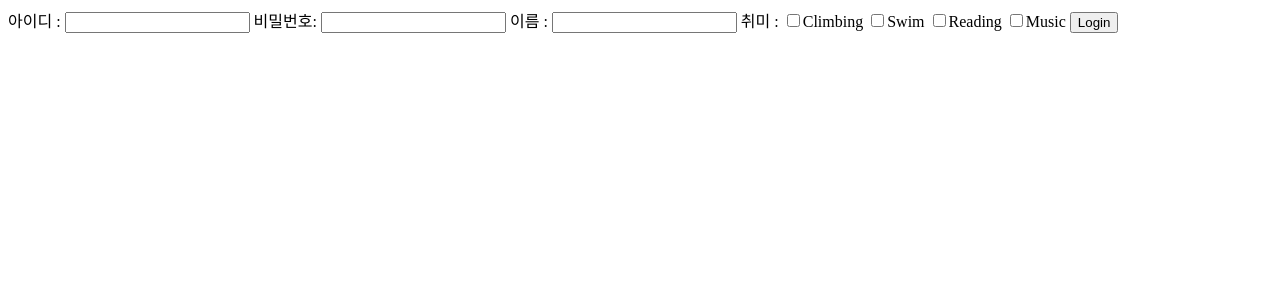
Repository: alsals126/servlet_study_2021
Page: http://localhost/ServletPrj/login_form.jsp
These files come from the project's save history. The page is drawn as it stood at one moment and after the next save; the edit follows.
The browser window is 1280 px wide. The pictures show the whole page.
The page is served by Tomcat 9. Other server files are loaded and not shown.

Above is the page before, as saved 2021-05-11 00:50:03.

### ServletPrj/WebContent/login_form.jsp
<%@ page language="java" contentType="text/html; charset=EUC-KR"
    pageEncoding="EUC-KR"%>
<!DOCTYPE html>
<html>
<head>
<meta charset="EUC-KR">
<title>Insert title here</title>
</head>
<body>
	<form method="post" action="login">
		아이디 : <input type="text" name="id"/>
		비밀번호: <input type="password" name="pw"/>
		이름 : <input type="text" name="name"/>
		취미 : <input type="checkbox" name="hobby" value="climbing">Climbing</input>
		      <input type="checkbox" name="hobby" value="swim">Swim</input>
		      <input type="checkbox" name="hobby" value="reading">Reading</input>
		      <input type="checkbox" name="hobby" value="music">Music</input>
		<button type="submit">Login</button>
	</form>
</body>
</html>

After the next save:
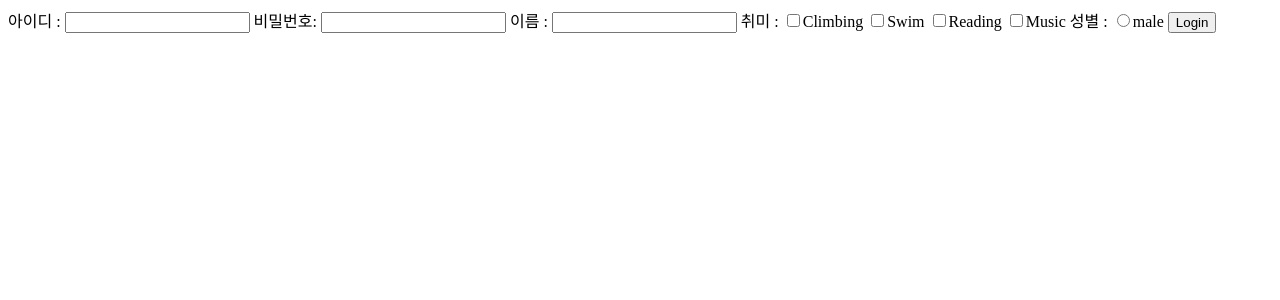
Saved 95 s later.
--- a/ServletPrj/WebContent/login_form.jsp
+++ b/ServletPrj/WebContent/login_form.jsp
@@ -11,10 +11,11 @@
 		아이디 : <input type="text" name="id"/>
 		비밀번호: <input type="password" name="pw"/>
 		이름 : <input type="text" name="name"/>
-		취미 : <input type="checkbox" name="hobby" value="climbing">Climbing</input>
-		      <input type="checkbox" name="hobby" value="swim">Swim</input>
-		      <input type="checkbox" name="hobby" value="reading">Reading</input>
-		      <input type="checkbox" name="hobby" value="music">Music</input>
+		취미 : <input type="checkbox" name="hobby" value="climbing">Climbing
+		      <input type="checkbox" name="hobby" value="swim">Swim
+		      <input type="checkbox" name="hobby" value="reading">Reading
+		      <input type="checkbox" name="hobby" value="music">Music
+		성별 : <input type="radio" name="gender">male
 		<button type="submit">Login</button>
 	</form>
 </body>
